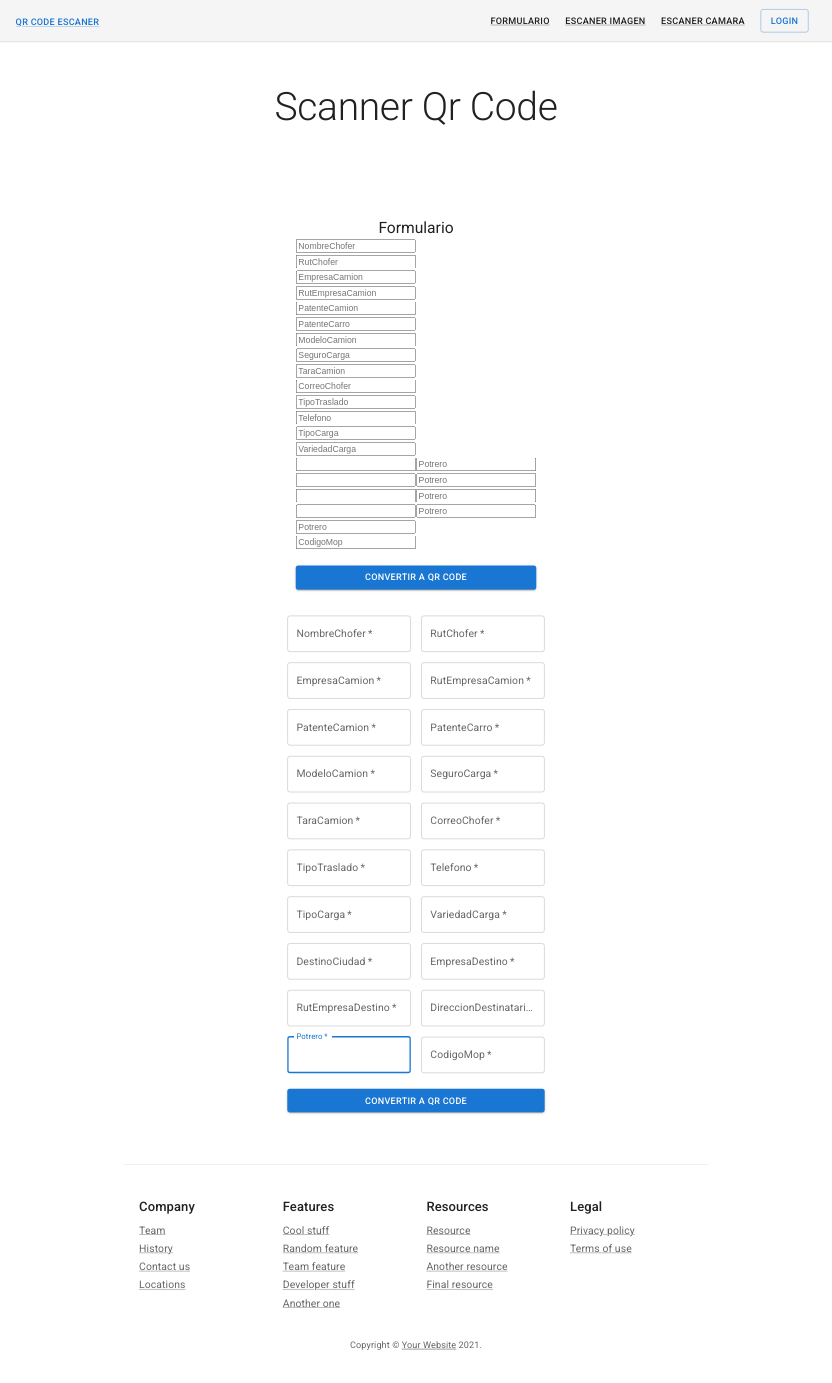
Repository: FlamesAlejandro/QrCodeForm
Page: /form
The author's editor kept a copy of each file at every save. The page is drawn from the files as they stood at one save, then again after a run of saves.
The browser window is 1280 px wide. The pictures show the whole page, at 65% of full size.
The project was rebuilt for these pictures with package versions that can differ from the ones it lists, and the page was loaded fresh each time. Also part of the build but not shown: src/App.css, src/components/pages/ImagenEscaner.js, src/components/pages/CamaraEscaner.js, src/components/pages/Home.js.

Above is the page before, as saved 2021-10-24 07:53:30.

### src/App.js
import './App.css';
import { AppRouter } from './routers/AppRouter';

function App() {
  return (
    <>
      <AppRouter />
    </>
  );
}

export default App;

### src/routers/AppRouter.js
import React from 'react'
import { Switch, Route, Redirect, BrowserRouter as Router } from 'react-router-dom'
import CssBaseline from '@mui/material/CssBaseline';
import Typography from '@mui/material/Typography';
import GlobalStyles from '@mui/material/GlobalStyles';
import Container from '@mui/material/Container';
import { MainNavbar } from '../components/ui/MainNavbar';
import { MainFooter } from '../components/ui/MainFooter';
import { Form } from '../components/pages/Form';
import { ImagenEscaner } from '../components/pages/ImagenEscaner';
import { CamaraEscaner } from '../components/pages/CamaraEscaner';
import { Home } from '../components/pages/Home';

export const AppRouter = () => {
    return (
        <>
        <Router>
            <GlobalStyles styles={{ ul: { margin: 0, padding: 0, listStyle: 'none' } }} />
                <CssBaseline />

                <MainNavbar />

                {/* Hero unit */}
                <Container disableGutters maxWidth="sm" component="main" sx={{ pt: 8, pb: 6 }}>
                    <Typography
                    component="h1"
                    variant="h2"
                    align="center"
                    color="text.primary"
                    gutterBottom
                    >
                    Scanner Qr Code
                    </Typography>

                </Container>

                {/* Contenido */}
                <Container maxWidth="md" component="main">

                    <Switch>
                        <Route exact path="/form" component={ Form } />
                        <Route exact path="/imagen" component={ ImagenEscaner } />
                        <Route exact path="/camara" component={ CamaraEscaner } />
                        <Route exact path="/home" component={ Home } />
                        <Redirect to="/home" />
                    </Switch>

                </Container>

                {/* Footer */}
                <Container
                    maxWidth="md"
                    component="footer"
                    sx={{
                    borderTop: (theme) => `1px solid ${theme.palette.divider}`,
                    mt: 8,
                    py: [3, 6],
                    }}
                >
                    <MainFooter />

                </Container>
                {/* End footer */}
            </Router>
        </>
    )
}

### src/components/ui/MainNavbar.js
import React from 'react'
import AppBar from '@mui/material/AppBar';
import Button from '@mui/material/Button';
import Toolbar from '@mui/material/Toolbar';
import Typography from '@mui/material/Typography';
import Link from '@mui/material/Link';

export const MainNavbar = () => {
    return (
        <>
            <AppBar
                position="static"
                color="default"
                elevation={0}
                sx={{ borderBottom: (theme) => `1px solid ${theme.palette.divider}` }}
            >
                <Toolbar sx={{ flexWrap: 'wrap' }}>
                <Typography variant="h6" color="inherit" noWrap sx={{ flexGrow: 1 }}>
                    <Link
                            variant="button"
                            href="/home"
                        >QR CODE Escaner
                    </Link>
                </Typography>
                <nav>
                    <Link
                        variant="button"
                        color="text.primary"
                        href="/form"
                        sx={{ my: 1, mx: 1.5 }}
                    >
                    Formulario
                    </Link>
                    <Link
                        variant="button"
                        color="text.primary"
                        href="/imagen"
                        sx={{ my: 1, mx: 1.5 }}
                    >
                    Escaner Imagen
                    </Link>
                    <Link
                        variant="button"
                        color="text.primary"
                        href="/camara"
                        sx={{ my: 1, mx: 1.5 }}
                    >
                    Escaner Camara
                    </Link>
                </nav>
                <Button href="/home" variant="outlined" sx={{ my: 1, mx: 1.5 }}>
                    Login
                </Button>
                </Toolbar>
            </AppBar>
        </>
    )
}

### src/components/ui/MainFooter.js
import React from 'react'
import Grid from '@mui/material/Grid';
import Typography from '@mui/material/Typography';
import Link from '@mui/material/Link';

function Copyright(props) {
    return (
      <Typography variant="body2" color="text.secondary" align="center" {...props}>
        {'Copyright © '}
        <Link color="inherit" href="https://mui.com/">
          Your Website
        </Link>{' '}
        {new Date().getFullYear()}
        {'.'}
      </Typography>
    );
  }

  const footers = [
    {
      title: 'Company',
      description: ['Team', 'History', 'Contact us', 'Locations'],
    },
    {
      title: 'Features',
      description: [
        'Cool stuff',
        'Random feature',
        'Team feature',
        'Developer stuff',
        'Another one',
      ],
    },
    {
      title: 'Resources',
      description: ['Resource', 'Resource name', 'Another resource', 'Final resource'],
    },
    {
      title: 'Legal',
      description: ['Privacy policy', 'Terms of use'],
    },
  ];

export const MainFooter = () => {

    return (
        <>
            <Grid container spacing={4} justifyContent="space-evenly">
                {footers.map((footer) => (
                    <Grid item xs={6} sm={3} key={footer.title}>
                    <Typography variant="h6" color="text.primary" gutterBottom>
                        {footer.title}
                    </Typography>
                    <ul>
                        {footer.description.map((item) => (
                        <li key={item}>
                            <Link href="#" variant="subtitle1" color="text.secondary">
                            {item}
                            </Link>
                        </li>
                        ))}
                    </ul>
                    </Grid>
                ))}
            </Grid>
            <Copyright sx={{ mt: 5 }} />
        </>
    )
}

### src/components/pages/Form.js
import React, { useState } from 'react'
import Button from '@mui/material/Button';
import CssBaseline from '@mui/material/CssBaseline';
import TextField from '@mui/material/TextField';
import Grid from '@mui/material/Grid';
import Box from '@mui/material/Box';
import Typography from '@mui/material/Typography';
import Container from '@mui/material/Container';
import QRCode from 'qrcode';
import { useForm } from "react-hook-form";

export const Form = () => {

    const [imgUrl, setImgUrl] = useState('');

    const { register, handleSubmit, formState: { errors } } = useForm();
    const onSubmit = data => console.log(data);
    console.log(errors);

    const generarQrCode = async(event) => {
        try {
            event.preventDefault();
            const data = new FormData(event.currentTarget);
            const response = await QRCode.toDataURL(data);
            setImgUrl(response);

        } catch (error) {
          console.log(error);
        }
    }

    return (
        <>
            <Container component="main" maxWidth="xs">
                <CssBaseline />
                <Box
                sx={{
                    marginTop: 8,
                    display: 'flex',
                    flexDirection: 'column',
                    alignItems: 'center',
                }}
                >
                <Typography component="h1" variant="h5">
                    Formulario
                </Typography>

                <form onSubmit={handleSubmit(onSubmit)}>
                <Grid item xs={12} sm={6}>
                        <input type="text" placeholder="NombreChofer" {...register("NombreChofer", {})} />
                    </Grid>
                    <Grid item xs={12} sm={6}>
                        <input type="text" placeholder="RutChofer" {...register("RutChofer", {})} />
                    </Grid>
                    <Grid item xs={12} sm={6}>
                        <input type="text" placeholder="EmpresaCamion" {...register("EmpresaCamion", {})} />
                    </Grid>
                    <Grid item xs={12} sm={6}>
                        <input type="text" placeholder="RutEmpresaCamion" {...register("RutEmpresaCamion", {})} />
                    </Grid>
                    <Grid item xs={12} sm={6}>
                        <input type="text" placeholder="PatenteCamion" {...register("PatenteCamion", {})} />
                    </Grid>
                    <Grid item xs={12} sm={6}>
                        <input type="text" placeholder="PatenteCarro" {...register("PatenteCarro", {})} />
                    </Grid>
                    <Grid item xs={12} sm={6}>
                        <input type="text" placeholder="ModeloCamion" {...register("ModeloCamion", {})} />
                    </Grid>
                    <Grid item xs={12} sm={6}>
                        <input type="text" placeholder="SeguroCarga" {...register("SeguroCarga", {})} />
                    </Grid>
                    <Grid item xs={12} sm={6}>
                        <input type="text" placeholder="TaraCamion" {...register("TaraCamion", {})} />
                    </Grid>
                    <Grid item xs={12} sm={6}>
                        <input type="text" placeholder="CorreoChofer" {...register("CorreoChofer", {})} />
                    </Grid>
                    <Grid item xs={12} sm={6}>
                        <input type="text" placeholder="TipoTraslado" {...register("TipoTraslado", {})} />
                    </Grid>
                    <Grid item xs={12} sm={6}>
                        <input type="text" placeholder="Telefono" {...register("Telefono", {})} />
                    </Grid>
                    <Grid item xs={12} sm={6}>
                        <input type="text" placeholder="TipoCarga" {...register("TipoCarga", {})} />
                    </Grid>
                    <Grid item xs={12} sm={6}>
                        <input type="text" placeholder="VariedadCarga" {...register("VariedadCarga", {})} />
                    </Grid>
                    <Grid item xs={12} sm={6}>
                        <input
                        autoComplete="DestinoCiudad"
                        name="DestinoCiudad"
                        required
                        fullWidth
                        id="DestinoCiudad"
                        label="DestinoCiudad"
                        autoFocus
                        />
                        <input type="text" placeholder="Potrero" {...register("Potrero", {})} />
                    </Grid>
                    <Grid item xs={12} sm={6}>
                        <input
                        required
                        fullWidth
                        id="EmpresaDestino"
                        label="EmpresaDestino"
                        name="EmpresaDestino"
                        autoComplete="EmpresaDestino"
                        />
                        <input type="text" placeholder="Potrero" {...register("Potrero", {})} />
                    </Grid>
                    <Grid item xs={12} sm={6}>
                        <input
                        autoComplete="RutEmpresaDestino"
                        name="RutEmpresaDestino"
                        required
                        fullWidth
                        id="RutEmpresaDestino"
                        label="RutEmpresaDestino"
                        autoFocus
                        />
                        <input type="text" placeholder="Potrero" {...register("Potrero", {})} />
                    </Grid>
                    <Grid item xs={12} sm={6}>
                        <input
                        required
                        fullWidth
                        id="DireccionDestinatario"
                        label="DireccionDestinatario"
                        name="DireccionDestinatario"
                        autoComplete="DireccionDestinatario"
                        />
                        <input type="text" placeholder="Potrero" {...register("Potrero", {})} />
                    </Grid>
                    <Grid item xs={12} sm={6}>
                        <input type="text" placeholder="Potrero" {...register("Potrero", {})} />
                    </Grid>
                    <Grid item xs={12} sm={6}>
                        <input type="text" placeholder="CodigoMop" {...register("CodigoMop", {})} />
                    </Grid>
                    <Button
                        type="submit"
                        fullWidth
                        variant="contained"
                        sx={{ mt: 3, mb: 2 }}
                    >
                    Convertir a QR CODE
                    </Button>
                </form>

                <Box component="form" noValidate onSubmit={generarQrCode} sx={{ mt: 3 }}>
                    <Grid container spacing={2}>
                    <Grid item xs={12} sm={6}>
                        <TextField
                        autoComplete="NombreChofer"
                        name="NombreChofer"
                        required
                        fullWidth
                        id="NombreChofer"
                        label="NombreChofer"
                        autoFocus
                        />
                    </Grid>
                    <Grid item xs={12} sm={6}>
                        <TextField
                        required
                        fullWidth
                        id="RutChofer"
                        label="RutChofer"
                        name="RutChofer"
                        autoComplete="RutChofer"
                        />
                    </Grid>
                    <Grid item xs={12} sm={6}>
                        <TextField
                        autoComplete="EmpresaCamion"
                        name="EmpresaCamion"
                        required
                        fullWidth
                        id="EmpresaCamion"
                        label="EmpresaCamion"
                        autoFocus
                        />
                    </Grid>
                    <Grid item xs={12} sm={6}>
                        <TextField
                        required
                        fullWidth
                        id="RutEmpresaCamion"
                        label="RutEmpresaCamion"
                        name="RutEmpresaCamion"
                        autoComplete="RutEmpresaCamion"
                        />
                    </Grid>
                    <Grid item xs={12} sm={6}>
                        <TextField
                        autoComplete="PatenteCamion"
                        name="PatenteCamion"
                        required
                        fullWidth
                        id="PatenteCamion"
                        label="PatenteCamion"
                        autoFocus
                        />
                    </Grid>
                    <Grid item xs={12} sm={6}>
                        <TextField
                        required
                        fullWidth
                        id="PatenteCarro"
                        label="PatenteCarro"
                        name="PatenteCarro"
                        autoComplete="PatenteCarro"
                        />
                    </Grid>
                    <Grid item xs={12} sm={6}>
                        <TextField
                        autoComplete="ModeloCamion"
                        name="ModeloCamion"
                        required
                        fullWidth
                        id="ModeloCamion"
                        label="ModeloCamion"
                        autoFocus
                        />
                    </Grid>
                    <Grid item xs={12} sm={6}>
                        <TextField
                        required
                        fullWidth
                        id="SeguroCarga"
                        label="SeguroCarga"
                        name="SeguroCarga"
                        autoComplete="SeguroCarga"
                        />
                    </Grid>
                    <Grid item xs={12} sm={6}>
                        <TextField
                        autoComplete="TaraCamion"
                        name="TaraCamion"
                        required
                        fullWidth
                        id="TaraCamion"
                        label="TaraCamion"
                        autoFocus
                        />
                    </Grid>
                    <Grid item xs={12} sm={6}>
                        <TextField
                        required
                        fullWidth
                        id="CorreoChofer"
                        label="CorreoChofer"
                        name="CorreoChofer"
                        autoComplete="CorreoChofer"
                        />
                    </Grid>
                    <Grid item xs={12} sm={6}>
                        <TextField
                        autoComplete="TipoTraslado"
                        name="TipoTraslado"
                        required
                        fullWidth
                        id="TipoTraslado"
                        label="TipoTraslado"
                        autoFocus
                        />
                    </Grid>
                    <Grid item xs={12} sm={6}>
                        <TextField
                        required
                        fullWidth
                        id="Telefono"
                        label="Telefono"
                        name="Telefono"
                        autoComplete="Telefono"
                        />
                    </Grid>
                    <Grid item xs={12} sm={6}>
                        <TextField
                        autoComplete="TipoCarga"
                        name="TipoCarga"
                        required
                        fullWidth
                        id="TipoCarga"
                        label="TipoCarga"
                        autoFocus
                        />
                    </Grid>
                    <Grid item xs={12} sm={6}>
                        <TextField
                        required
                        fullWidth
                        id="VariedadCarga"
                        label="VariedadCarga"
                        name="VariedadCarga"
                        autoComplete="VariedadCarga"
                        />
                    </Grid>
                    <Grid item xs={12} sm={6}>
                        <TextField
                        autoComplete="DestinoCiudad"
                        name="DestinoCiudad"
                        required
                        fullWidth
                        id="DestinoCiudad"
                        label="DestinoCiudad"
                        autoFocus
                        />
                    </Grid>
                    <Grid item xs={12} sm={6}>
                        <TextField
                        required
                        fullWidth
                        id="EmpresaDestino"
                        label="EmpresaDestino"
                        name="EmpresaDestino"
                        autoComplete="EmpresaDestino"
                        />
                    </Grid>
                    <Grid item xs={12} sm={6}>
                        <TextField
                        autoComplete="RutEmpresaDestino"
                        name="RutEmpresaDestino"
                        required
                        fullWidth
                        id="RutEmpresaDestino"
                        label="RutEmpresaDestino"
                        autoFocus
                        />
                    </Grid>
                    <Grid item xs={12} sm={6}>
                        <TextField
                        required
                        fullWidth
                        id="DireccionDestinatario"
                        label="DireccionDestinatario"
                        name="DireccionDestinatario"
                        autoComplete="DireccionDestinatario"
                        />
                    </Grid>
                    <Grid item xs={12} sm={6}>
                        <TextField
                        autoComplete="Potrero"
                        name="Potrero"
                        required
                        fullWidth
                        id="Potrero"
                        label="Potrero"
                        autoFocus
                        />
                    </Grid>
                    <Grid item xs={12} sm={6}>
                        <TextField
                        required
                        fullWidth
                        id="CodigoMop"
                        label="CodigoMop"
                        name="CodigoMop"
                        autoComplete="CodigoMop"
                        />
                    </Grid>
                    </Grid>
                    <Button
                        type="submit"
                        fullWidth
                        variant="contained"
                        sx={{ mt: 3, mb: 2 }}
                    >
                    Convertir a QR CODE
                    </Button>
                </Box>
                </Box>
                {imgUrl ? (
                    <a href={imgUrl} download>
                        <img src={imgUrl} alt="img" />
                    </a>)
                : null}
            </Container>
        </>
    )
}

Loaded but not shown: public/index.html (common file); src/index.js (common file); src/index.css (common file); src/reportWebVitals.js (common file)

After the next 2 saves:
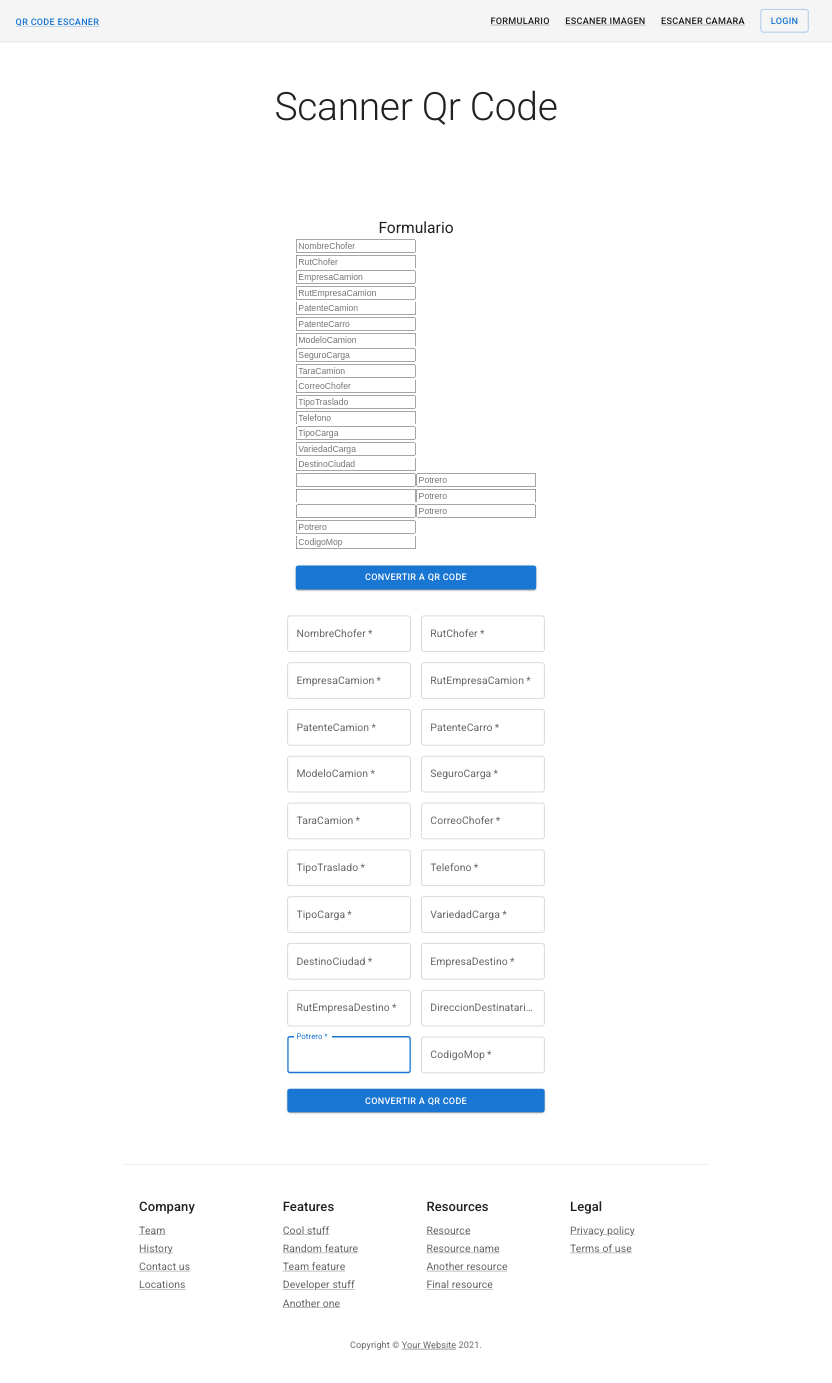
The 2 saves are shown as one change because they came seconds apart.
The last was saved 5 s later.
--- a/src/components/pages/Form.js
+++ b/src/components/pages/Form.js
@@ -89,16 +89,7 @@
                         <input type="text" placeholder="VariedadCarga" {...register("VariedadCarga", {})} />
                     </Grid>
                     <Grid item xs={12} sm={6}>
-                        <input
-                        autoComplete="DestinoCiudad"
-                        name="DestinoCiudad"
-                        required
-                        fullWidth
-                        id="DestinoCiudad"
-                        label="DestinoCiudad"
-                        autoFocus
-                        />
-                        <input type="text" placeholder="Potrero" {...register("Potrero", {})} />
+                        <input type="text" placeholder="DestinoCiudad" {...register("DestinoCiudad", {})} />
                     </Grid>
                     <Grid item xs={12} sm={6}>
                         <input
